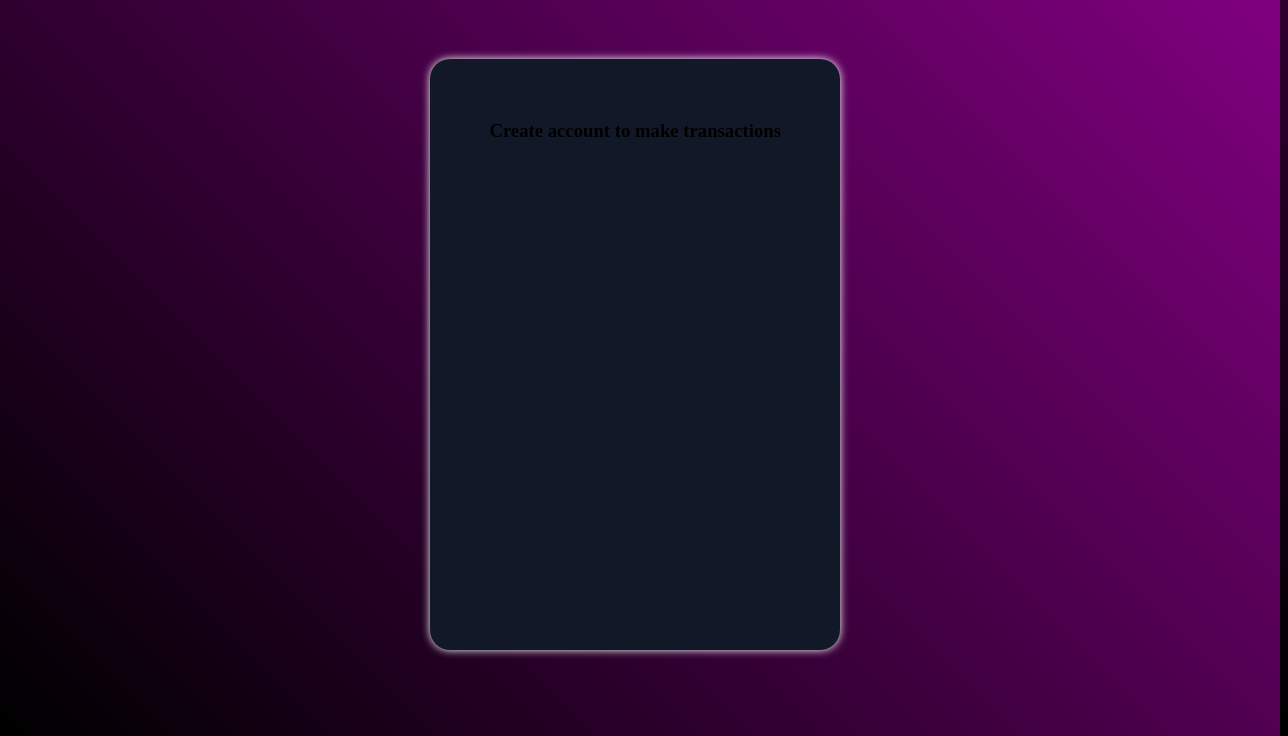
Repository: PeruriNaresh/Bank_Project
Page: http://localhost/bank_project/accountdetails.jsp
The author's editor kept a copy of each file at every save. The page is drawn from the files as they stood at one save, then again after the next save.
The browser window is 1280 px wide. The page is 1288 px wide, so the pictures cover 1288 px, including what lies to the right of the window. The pictures show the whole page.
The page is served by Tomcat 9.

Above is the page before, as saved 2024-10-26 10:53:59.

After the next save:
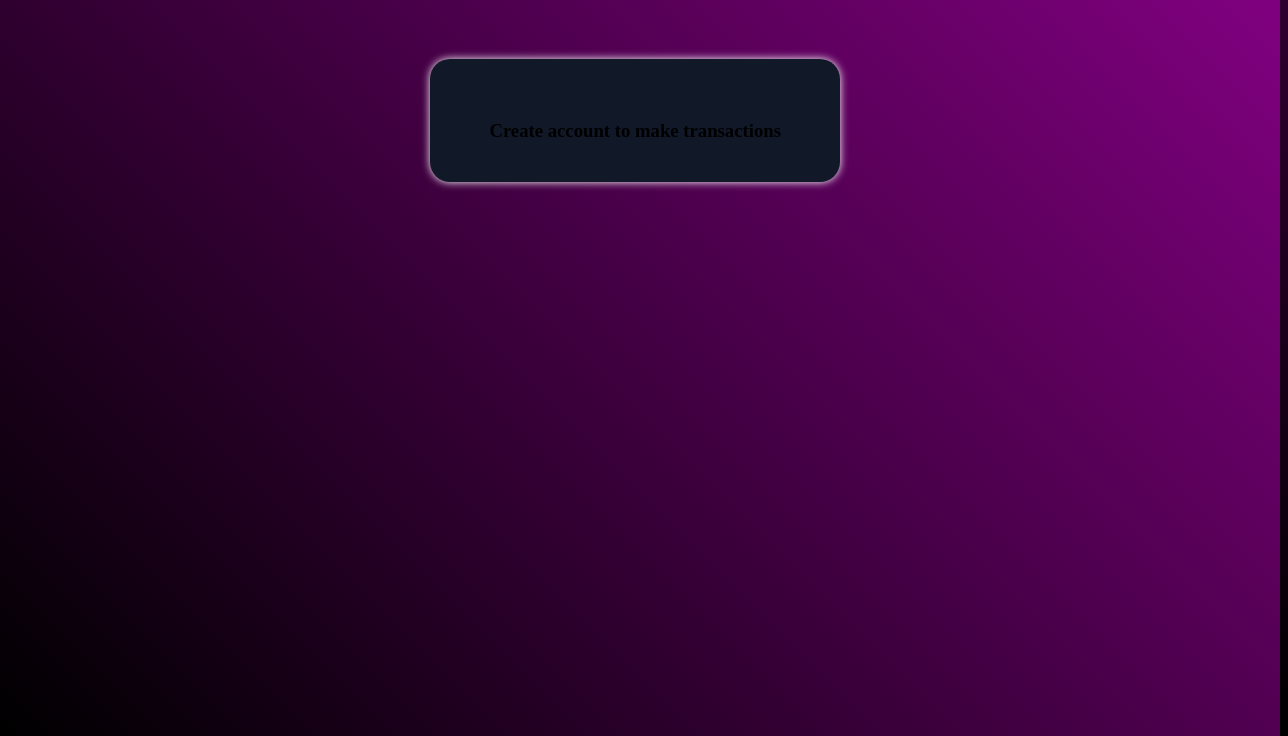
Saved 26 s later.
--- a/bank_project/src/main/webapp/accountdetails.jsp
+++ b/bank_project/src/main/webapp/accountdetails.jsp
@@ -16,7 +16,7 @@
 	#container
 	{
 		width:32%;
-		height:82vh;
+		height:auto;
 		display:block;
 		border-radius:20px;
 		background-color:rgba(17, 24, 39, 1);
